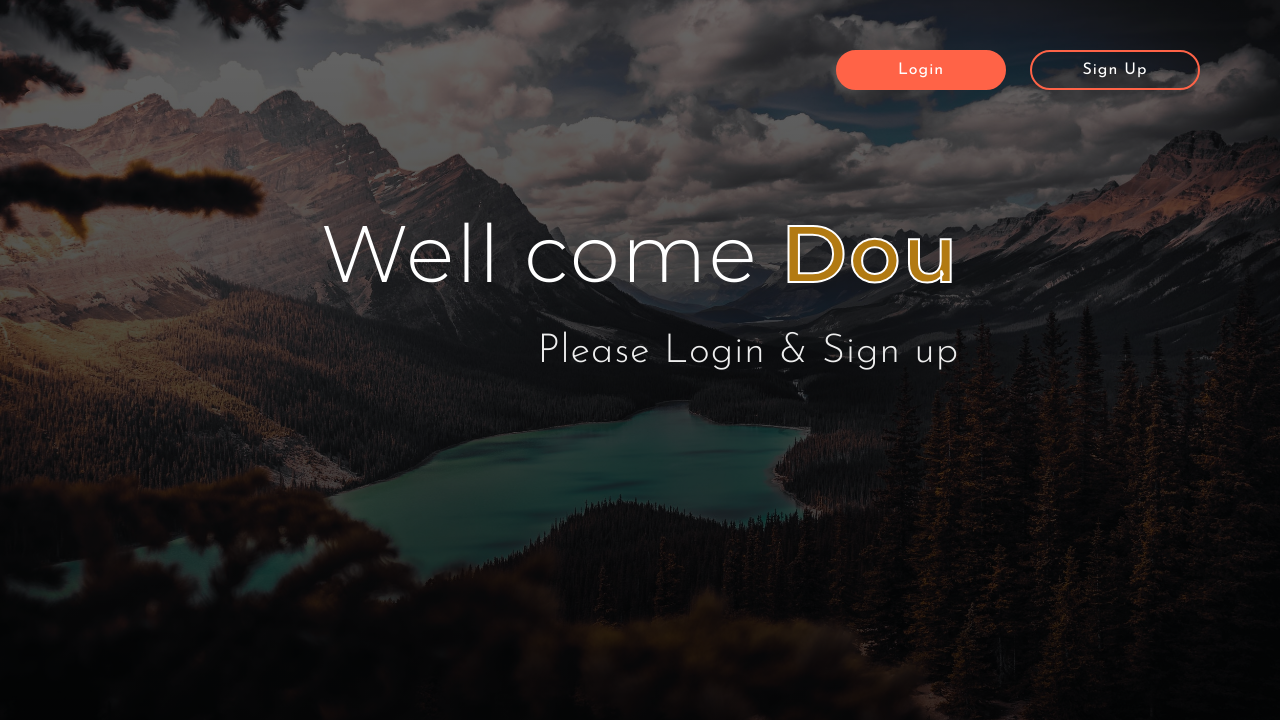
Repository: motamedipour2022/javascript_project
Page: model_form1/index.html
These files come from the project's save history. The page is drawn as it stood at one moment and after the next save; the edit follows.
The browser window is 1280 px wide. The pictures show the whole page.
Some web libraries are served in a nearby version.

Above is the page before, as saved 2022-12-20 12:28:26.

After the next save:
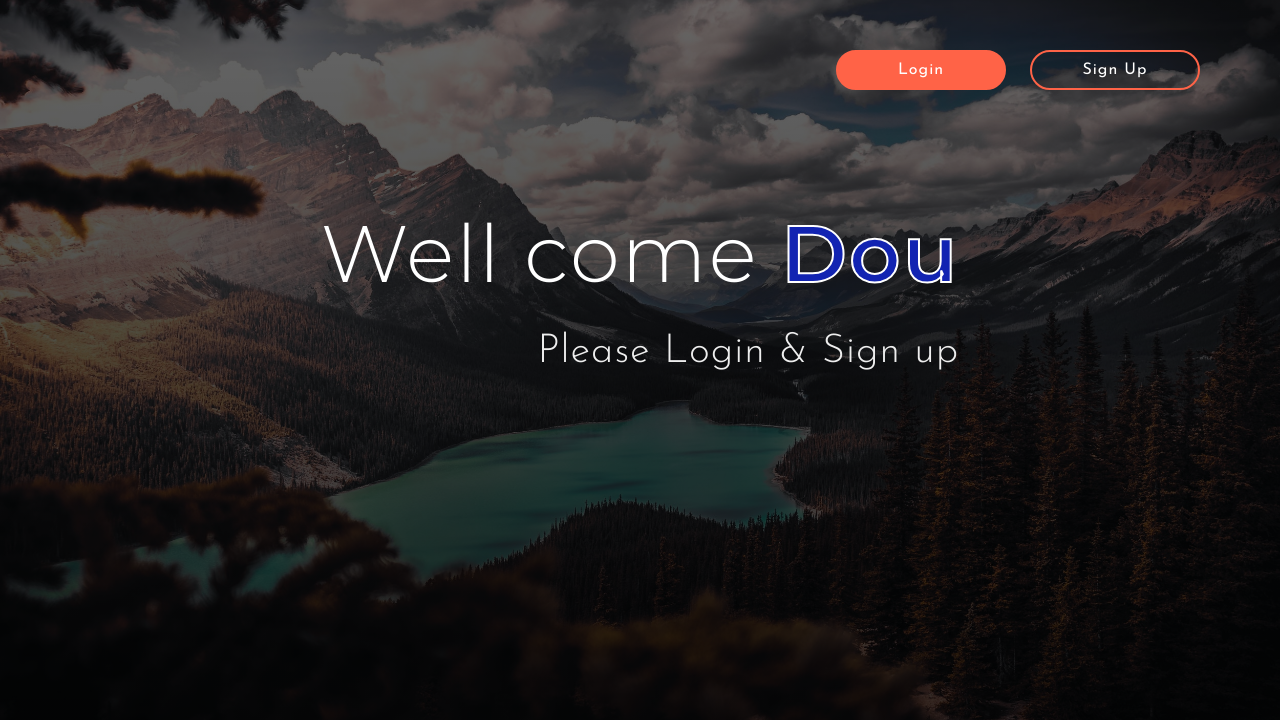
Saved 7 s later.
--- a/model_form1/style.css
+++ b/model_form1/style.css
@@ -27,7 +27,7 @@
   margin-bottom: 30px;
 }
 .banner-text h1 span{
-  color: rgb(178, 122, 18);
+  color: rgb(18, 36, 178);
   font-weight: 800;
   -webkit-text-stroke: 2px white;
 }
